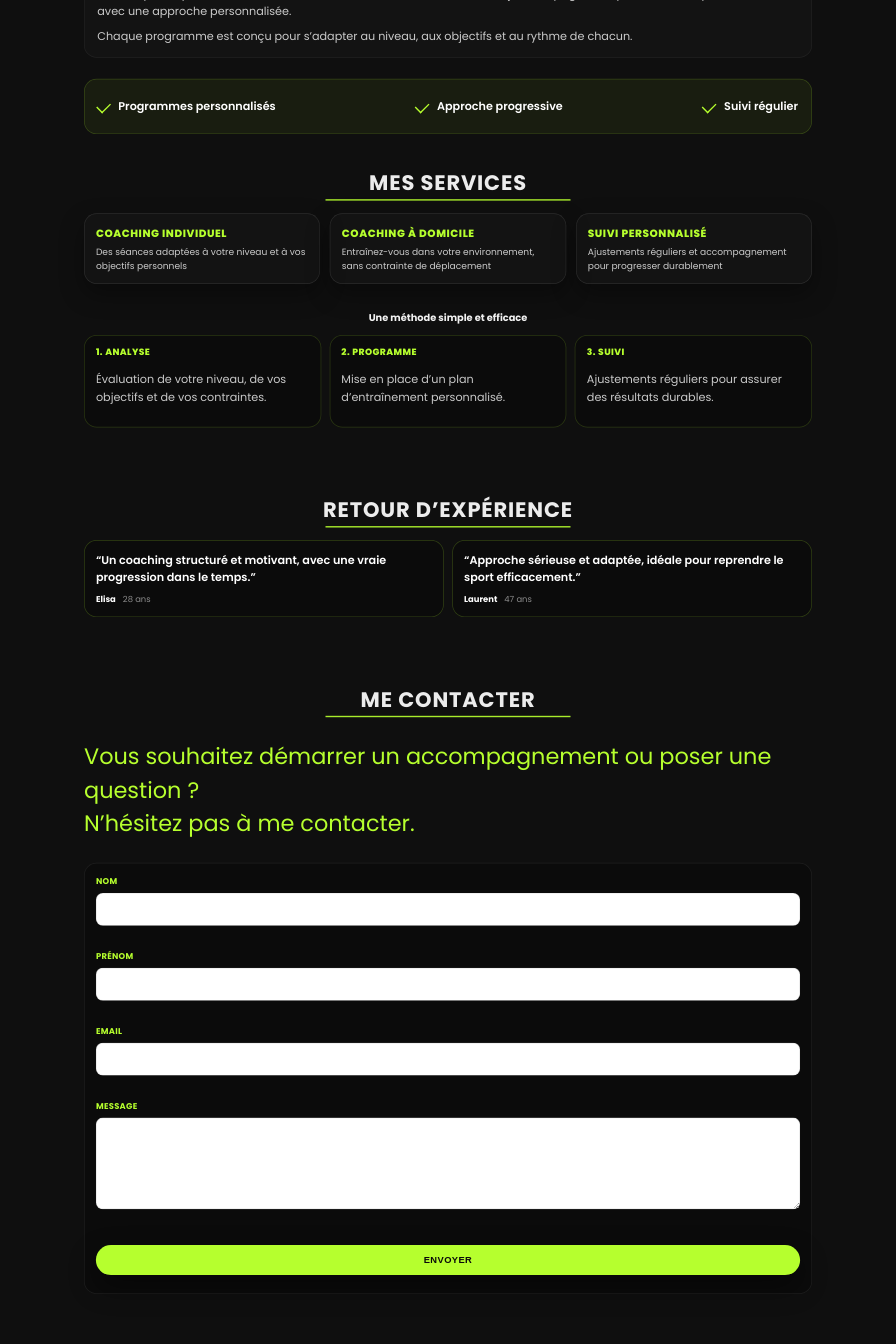
Repository: ThomasHdrd/CoachFitness
Page: index.html
These files come from the project's save history. The page is drawn as it stood at one moment and after the next save; the edit follows.
The browser window is 1280 px wide. The pictures show the part of the page from y = 721 to 2641 px (the page is 3164 px tall before and 3184 px after), at 70% of full size.

Above is the page before, as saved 2026-01-20 22:18:26.

### index.html
<!doctype html>
<html lang="fr">
<head>
  <meta charset="utf-8" />
  <meta name="viewport" content="width=device-width, initial-scale=1" />
  <title>Coach Fitness — Landing Page</title>

  <!-- Poppins -->
  <link rel="preconnect" href="https://fonts.googleapis.com">
  <link rel="preconnect" href="https://fonts.gstatic.com" crossorigin>
  <link href="https://fonts.googleapis.com/css2?family=Poppins:wght@300;400;500;600;700;800&display=swap" rel="stylesheet">

  <link rel="stylesheet" href="styles.css" />
</head>
<body>
  <!-- Header -->
  <header class="site-header" id="top">
    <div class="container header-inner">
      <a class="brand" href="#top" aria-label="Retour en haut">
        <span class="brand-dot" aria-hidden="true"></span>
        <span class="brand-text">Coach Fitness</span>
      </a>

      <button class="nav-toggle" aria-controls="site-nav" aria-expanded="false">
        <span class="sr-only">Ouvrir le menu</span>
        <span class="burger" aria-hidden="true"></span>
      </button>

      <nav class="site-nav" id="site-nav" aria-label="Navigation principale">
        <a class="nav-link" href="#accueil">Accueil</a>
        <a class="nav-link" href="#apropos">A propos</a>
        <a class="nav-link" href="#services">Services</a>
        <a class="nav-link" href="#avis">Avis</a>
        <a class="nav-link nav-cta" href="#contact">Contact</a>
      </nav>
    </div>
  </header>

  <main>
    <!-- HERO -->
    <section class="hero" id="accueil">
      <div class="hero-overlay" aria-hidden="true"></div>
      <div class="container hero-content">
        <p class="hero-kicker">Coaching sportif personnalisé</p>
        <h1 class="hero-title accent">Atteignez vos objectifs. Progressez durablement</h1>
        <p class="hero-subtitle">
          Un accompagnement sportif sur mesure, adapté à votre niveau et à votre rythme
        </p>
        <a class="btn btn-primary" href="#contact">RÉSERVER VITE VOTRE BILAN GRATUIT</a>
      </div>
    </section>

    <!-- A PROPOS -->
    <section class="section" id="apropos">
      <div class="container">
        <h2 class="section-title">A PROPOS DU COACH</h2>
        <h3 class="section-lead accent">Un coaching basé sur l’écoute et la progression</h3>

        <div class="about-grid">
          <div class="about-text">
            <p class="muted">
              Coach sportif spécialisé en remise en forme et renforcement musculaire, j’accompagne des personnes aux profils variés
              avec une approche personnalisée.
            </p>
            <p class="muted">
              Chaque programme est conçu pour s’adapter au niveau, aux objectifs et au rythme de chacun.
            </p>
          </div>
        </div>
        <div class="about-list">
            <ul class="checks">
                <li>Programmes personnalisés</li>
                <li>Approche progressive</li>
                <li>Suivi régulier</li>
            </ul>
        </div>
      </div>
    </section>

    <!-- SERVICES -->
    <section class="section" id="services">
      <div class="container">
        <h2 class="section-title">MES SERVICES</h2>

        <div class="cards">
          <article class="card">
            <h3 class="card-title accent">COACHING INDIVIDUEL</h3>
            <p class="card-text">Des séances adaptées à votre niveau et à vos objectifs personnels</p>
          </article>

          <article class="card">
            <h3 class="card-title accent">COACHING À DOMICILE</h3>
            <p class="card-text">Entraînez-vous dans votre environnement, sans contrainte de déplacement</p>
          </article>

          <article class="card">
            <h3 class="card-title accent">SUIVI PERSONNALISÉ</h3>
            <p class="card-text">Ajustements réguliers et accompagnement pour progresser durablement</p>
          </article>
        </div>

        <div class="method">
          <h3 class="method-title">Une méthode simple et efficace</h3>

          <div class="method-steps">
            <div class="step">
              <div class="step-num accent">1. ANALYSE</div>
              <p class="muted">Évaluation de votre niveau, de vos objectifs et de vos contraintes.</p>
            </div>
            <div class="step">
              <div class="step-num accent">2. PROGRAMME</div>
              <p class="muted">Mise en place d’un plan d’entraînement personnalisé.</p>
            </div>
            <div class="step">
              <div class="step-num accent">3. SUIVI</div>
              <p class="muted">Ajustements réguliers pour assurer des résultats durables.</p>
            </div>
          </div>
        </div>
      </div>
    </section>

    <!-- AVIS -->
    <section class="section" id="avis">
      <div class="container">
        <h2 class="section-title">RETOUR D’EXPÉRIENCE</h2>

        <div class="testimonials">
          <figure class="testimonial">
            <blockquote>
              “Un coaching structuré et motivant, avec une vraie progression dans le temps.”
            </blockquote>
            <figcaption>
              <span class="name">Elisa</span>
              <span class="meta">28 ans</span>
            </figcaption>
          </figure>

          <figure class="testimonial">
            <blockquote>
              “Approche sérieuse et adaptée, idéale pour reprendre le sport efficacement.”
            </blockquote>
            <figcaption>
              <span class="name">Laurent</span>
              <span class="meta">47 ans</span>
            </figcaption>
          </figure>
        </div>
      </div>
    </section>

    <!-- CONTACT -->
    <section class="section" id="contact">
      <div class="container">
        <h2 class="section-title">ME CONTACTER</h2>
        <p class="contact-lead accent">
          Vous souhaitez démarrer un accompagnement ou poser une question ?<br />
          N’hésitez pas à me contacter.
        </p>

        <form class="form" id="contactForm" novalidate>
          <div class="field">
            <label for="nom">Nom</label>
            <input id="nom" name="nom" type="text" autocomplete="family-name" required />
            <small class="error" data-error-for="nom"></small>
          </div>

          <div class="field">
            <label for="prenom">Prénom</label>
            <input id="prenom" name="prenom" type="text" autocomplete="given-name" required />
            <small class="error" data-error-for="prenom"></small>
          </div>

          <div class="field">
            <label for="email">Email</label>
            <input id="email" name="email" type="email" autocomplete="email" required />
            <small class="error" data-error-for="email"></small>
          </div>

          <div class="field">
            <label for="message">Message</label>
            <textarea id="message" name="message" rows="5" required></textarea>
            <small class="error" data-error-for="message"></small>
          </div>

          <button class="btn btn-primary btn-wide" type="submit">ENVOYER</button>
          <p class="form-note muted" id="formStatus" role="status" aria-live="polite"></p>
        </form>
      </div>
    </section>

    <!-- FAQ -->
    <section class="section" id="faq">
      <div class="container">
        <h2 class="section-title">QUESTIONS FRÉQUENTES</h2>

        <div class="faq">
          <details class="faq-item" open>
            <summary>À qui s’adresse le coaching ?</summary>
            <div class="faq-body muted">
              Le coaching s’adresse à toute personne souhaitant reprendre le sport, améliorer sa condition physique ou atteindre un objectif précis
              (remise en forme, renforcement musculaire, perte de poids, bien-être). Les programmes sont adaptés au niveau, au rythme et aux contraintes de chacun.
            </div>
          </details>

          <details class="faq-item">
            <summary>Faut-il déjà être sportif pour commencer ?</summary>
            <div class="faq-body muted">
              Non. Le coaching s’adapte à votre niveau actuel. La progression est construite étape par étape, avec une intensité ajustée.
            </div>
          </details>

          <details class="faq-item">
            <summary>Comment se déroule le suivi ?</summary>
            <div class="faq-body muted">
              Après une analyse de votre situation, un programme personnalisé est mis en place puis ajusté régulièrement selon vos retours et votre progression.
            </div>
          </details>

          <details class="faq-item">
            <summary>Le coaching se fait-il à domicile ou en salle ?</summary>
            <div class="faq-body muted">
              Les deux sont possibles. Le format dépend de vos préférences, de votre matériel et de vos contraintes de planning.
            </div>
          </details>

          <details class="faq-item">
            <summary>Le premier échange est-il gratuit ?</summary>
            <div class="faq-body muted">
              Oui. Le premier échange permet de comprendre votre besoin et de déterminer l’accompagnement le plus adapté, sans engagement.
            </div>
          </details>
        </div>
      </div>
    </section>
  </main>

  <!-- Footer -->
  <footer class="site-footer">
    <div class="container footer-inner">
      <p class="footer-tag muted">Coaching personnalisé • Progression durable • Bien-être</p>
      <p class="footer-copy muted">© 2026 Coach Sportif Indépendant • Tous droits réservés.</p>
    </div>
  </footer>

  <script src="app.js" defer></script>
</body>
</html>

### styles.css
:root{
  --bg: #0F0F0F;            /* demandé */
  --bar: rgba(0,0,0,.90);   /* header/footer */
  --accent: #B6FF2E;        /* demandé */
  --text: #FFFFFF;
  --muted: rgba(255,255,255,.78);
  --muted2: rgba(255,255,255,.62);
  --line: rgba(182,255,46,.38);
  --card: rgba(255,255,255,.04);
  --shadow: 0 16px 40px rgba(0,0,0,.45);
  --radius: 14px;
  --radius-lg: 18px;
  --max: 1040px;
}

*{ box-sizing: border-box; }
html{ scroll-behavior: smooth; }
body{
  margin:0;
  font-family: "Poppins", system-ui, -apple-system, Segoe UI, Roboto, Arial, sans-serif;
  background: var(--bg);
  color: var(--text);
}

.container{
  width:min(100% - 40px, var(--max));
  margin-inline:auto;
}

.sr-only{
  position:absolute;
  width:1px;height:1px;
  padding:0;margin:-1px;
  overflow:hidden;clip:rect(0,0,0,0);
  white-space:nowrap;border:0;
}

/* Header */
.site-header{
  position: sticky;
  top: 0;
  z-index: 50;
  background: var(--bar);
  backdrop-filter: blur(8px);
  border-bottom: 1px solid rgba(255,255,255,.06);
}

.header-inner{
  height: 64px;
  display:flex;
  align-items:center;
  justify-content:space-between;
  gap: 14px;
}

.brand{
  display:flex;
  align-items:center;
  gap:10px;
  text-decoration:none;
  color: var(--text);
  font-weight: 700;
  letter-spacing:.3px;
}
.brand-dot{
  width:10px;height:10px;
  border-radius:999px;
  background: var(--accent);
  box-shadow: 0 0 0 6px rgba(182,255,46,.12);
}
.brand-text{ font-size: 14px; opacity:.95; }

.site-nav{
  display:flex;
  align-items:center;
  gap: 18px;
}
.nav-link{
  color: var(--text);
  text-decoration:none;
  font-size: 13px;
  opacity: .88;
  transition: opacity .2s ease, color .2s ease;
  padding: 10px 6px;
}
.nav-link:hover{ opacity:1; color: var(--accent); }

.nav-cta{
  border: 1px solid rgba(182,255,46,.45);
  border-radius: 999px;
  padding: 10px 14px;
}
.nav-cta:hover{
  background: rgba(182,255,46,.10);
}

/* Mobile nav */
.nav-toggle{
  display:none;
  border:0;
  background: transparent;
  color: var(--text);
  padding: 10px;
  border-radius: 10px;
}
.nav-toggle:hover{ background: rgba(255,255,255,.06); }
.burger{
  width: 22px; height: 2px;
  display:block;
  background: var(--text);
  position: relative;
}
.burger::before,.burger::after{
  content:"";
  position:absolute;
  left:0;
  width:22px;height:2px;
  background: var(--text);
}
.burger::before{ top:-7px; }
.burger::after{ top:7px; }

/* Hero */
.hero{
  position: relative;
  min-height: 50vh;
  display:flex;
  align-items:center;
  padding: 52px 0;
  background:
    linear-gradient(180deg, rgba(0,0,0,.55), rgba(0,0,0,.88)),
    url("assets/hero.jpg") center/cover no-repeat;
  background-position: center 30%;
}
.hero-overlay{
  position:absolute;
  inset:0;
  background: radial-gradient(1200px 600px at 50% 25%, rgba(182,255,46,.10), transparent 60%);
  pointer-events:none;
}
.hero-content{
  position:relative;
  text-align:center;
}
.hero-kicker{
  margin:0 0 10px;
  font-size: 56px;
  max-width: fit-content;
  letter-spacing: .6px;
  text-transform: uppercase;
  font-weight: bold;
}
.hero-title{
  margin: 0 auto;
  font-size: 40px;
  max-width: fit-content;
  margin:0 0 10px;
}
.hero-title .accent{
  display:block;
  color: var(--accent);
  font-weight: 800;
  text-transform:none;
  margin-top: 8px;
  max-width: fit-content;
}
.hero-subtitle{
  margin: 16px auto 22px;
  padding-top: 30px;
  color: var(--muted);
  font-size: 25px;
  line-height: 1.55;
  padding-bottom: 30px;
}

/* Buttons */
.btn{
  display:inline-flex;
  align-items:center;
  justify-content:center;
  gap:10px;
  text-decoration:none;
  border: 0;
  cursor:pointer;
  font-weight: 700;
  letter-spacing: .6px;
  text-transform: uppercase;
  border-radius: 999px;
  padding: 14px 18px;
  box-shadow: var(--shadow);
}
.btn-primary{
  background: var(--accent);
  color: #0A0A0A;
  width: 100%;
}
.btn-primary:hover{
  background: transparent;
  border: 1px solid var(--accent);
  color: var(--accent);
  filter: brightness(.95);
}
.btn-wide{ width: 100%; margin-top: 10px; }

/* Sections */
.section{
  padding: 48px 0;
}
#apropos
{
  padding-bottom: 0;
}

.section-title{
  text-align:center;
  margin: 0 0 14px;
  font-size: 30px;
  letter-spacing: 1.2px;
  text-transform: uppercase;
  opacity: .92;
}
.section-title::after {
    content: "";
    display: block;
    width: 350px;
    height: 2px;
    background-color: var(--accent);
    margin: 0 auto 0;
}
.section-lead{
  text-align:center;
  margin: 0 0 22px;
  font-size: 25px;
  font-weight: 700;
}
.accent{ color: var(--accent); font-size: 32px;}
.muted{ color: var(--muted); }
.muted2{ color: var(--muted2); }

/* About */
.about-grid{
  gap: 18px;
  align-items:start;
}
.about-text{
  background: rgba(255,255,255,.02);
  border: 1px solid rgba(255,255,255,.06);
  border-radius: var(--radius-lg);
  padding: 18px;
  margin-bottom: 30px;
}
.about-text p{ margin: 0 0 10px; }
.about-text p:last-child{ margin-bottom: 0; }

.checks{
  list-style: none;
  margin: 0;
  padding: 16px 18px;
  border-radius: var(--radius-lg);
  border: 1px solid rgba(182,255,46,.20);
  background: rgba(182,255,46,.06);
  display: flex;
  flex-wrap: wrap;
  gap: 20%;
}
.checks li{
  position: relative;
  padding-left: 30px;
  margin: 10px 0;
  font-weight: 600;
}
.checks li::before{
  content:"";
  position:absolute;
  left:0; top: 6px;
  width: 16px; height: 10px;
  border-left: 2px solid var(--accent);
  border-bottom: 2px solid var(--accent);
  transform: rotate(-45deg);
}

/* Cards */
.cards{
  display:grid;
  gap: 14px;
  margin-top: 18px;
}
.card{
  background: rgba(255,255,255,.02);
  border: 1px solid rgba(255,255,255,.10);
  border-radius: var(--radius-lg);
  padding: 16px 16px 14px;
  box-shadow: 0 14px 34px rgba(0,0,0,.35);
}
.card-title{
  margin:0 0 6px;
  font-size: 15px;
  font-weight: 800;
  text-transform: uppercase;
  letter-spacing: .8px;
}
.card-text{
  margin:0;
  color: var(--muted);
  font-size: 13px;
  line-height: 1.55;
}

/* Method */
.method{
  margin-top: 26px;
  padding-top: 12px;
}
.method-title{
  text-align:center;
  margin: 0 0 14px;
  font-size: 14px;
  font-weight: 700;
  opacity: .95;
}
.method-steps{
  display:grid;
  gap: 12px;
}
.step{
  border: 1px solid rgba(182,255,46,.18);
  background: rgba(0,0,0,.25);
  border-radius: var(--radius-lg);
  padding: 14px 16px;
}
.step-num{
  font-weight: 800;
  letter-spacing: .6px;
  text-transform: uppercase;
  font-size: 13px;
  margin-bottom: 6px;
}

/* Testimonials */
.testimonials{
  display:grid;
  gap: 12px;
  margin-top: 18px;
}
.testimonial{
  margin:0;
  border: 1px solid rgba(182,255,46,.22);
  background: rgba(0,0,0,.25);
  border-radius: var(--radius-lg);
  padding: 16px;
}
.testimonial blockquote{
  margin:0 0 10px;
  color: var(--text);
  font-weight: 600;
  line-height: 1.5;
}
.testimonial figcaption{
  display:flex;
  gap: 10px;
  align-items:baseline;
  color: var(--muted2);
  font-size: 12px;
}
.testimonial .name{ color: var(--text); font-weight: 700; }
.testimonial .meta{ opacity:.85; }

/* Form */
.form{
  margin-top: 18px;
  border-radius: var(--radius-lg);
  border: 1px solid rgba(255,255,255,.08);
  background: rgba(0,0,0,.25);
  padding: 16px;
}
.field{ margin-bottom: 12px; }
label{
  display:block;
  font-size: 12px;
  font-weight: 700;
  letter-spacing: .4px;
  margin-bottom: 8px;
  color: var(--accent);
  text-transform: uppercase;
}
input, textarea{
  width:100%;
  font-family: inherit;
  font-size: 14px;
  color: #0A0A0A;
  background: #FFFFFF;
  border: 1px solid rgba(0,0,0,.12);
  border-radius: 10px;
  padding: 12px 12px;
  outline: none;
}
textarea{ resize: vertical; min-height: 110px; }
input:focus, textarea:focus{
  box-shadow: 0 0 0 4px rgba(182,255,46,.20);
  border-color: rgba(182,255,46,.55);
}
.error{
  display:block;
  min-height: 16px;
  margin-top: 6px;
  font-size: 12px;
  color: #FF6B6B;
}
.form-note{
  margin: 10px 0 0;
  font-size: 12px;
}

/* FAQ */
.faq{
  margin-top: 18px;
  border-radius: var(--radius-lg);
  overflow:hidden;
  border: 1px solid rgba(182,255,46,.16);
  background: rgba(0,0,0,.25);
}
.faq-item{
  border-top: 1px solid rgba(182,255,46,.12);
}
.faq-item:first-child{ border-top: 0; }
.faq-item summary{
  list-style:none;
  cursor:pointer;
  padding: 14px 16px;
  font-weight: 700;
  font-size: 13px;
  position: relative;
}
.faq-item summary::-webkit-details-marker{ display:none; }
.faq-item summary::after{
  content:"+";
  position:absolute;
  right: 16px;
  top: 10px;
  width: 28px; height: 28px;
  display:grid;
  place-items:center;
  border-radius: 999px;
  color: var(--accent);
  border: 1px solid rgba(182,255,46,.28);
  background: rgba(182,255,46,.08);
}
.faq-item[open] summary::after{ content:"–"; }
.faq-body{
  padding: 0 16px 16px;
  font-size: 13px;
  line-height: 1.6;
}

/* Footer */
.site-footer{
  background: var(--bar);
  border-top: 1px solid rgba(255,255,255,.06);
  padding: 18px 0;
}
.footer-inner{
  text-align:center;
  display:grid;
  gap: 8px;
}
.footer-tag, .footer-copy{
  margin:0;
  font-size: 12px;
}

/* Responsive */
@media (min-width: 820px){
  .hero-content{ text-align:center; }
  .about-grid{
    grid-template-columns: 1.2fr .8fr;
    gap: 18px;
  }
  .cards{
    grid-template-columns: repeat(3, 1fr);
  }
  .method-steps{
    grid-template-columns: repeat(3, 1fr);
  }
  .testimonials{
    grid-template-columns: repeat(2, 1fr);
  }
}

/* Mobile nav behavior */
@media (max-width: 760px){
  .nav-toggle{ display:inline-flex; }
  .site-nav{
    position: fixed;
    inset: 64px 12px auto 12px;
    background: rgba(0,0,0,.95);
    border: 1px solid rgba(255,255,255,.08);
    border-radius: 16px;
    padding: 12px;
    display:none;
    flex-direction: column;
    gap: 6px;
    box-shadow: 0 18px 50px rgba(0,0,0,.6);
  }
  .site-nav.is-open{ display:flex; }
  .nav-link{ width:100%; text-align:center; padding: 12px; }
  .nav-cta{ width:100%; }
}

### app.js
// Mobile menu toggle
const toggle = document.querySelector('.nav-toggle');
const nav = document.querySelector('#site-nav');

if (toggle && nav) {
  toggle.addEventListener('click', () => {
    const isOpen = nav.classList.toggle('is-open');
    toggle.setAttribute('aria-expanded', String(isOpen));
  });

  // Close menu on link click (mobile)
  nav.querySelectorAll('a').forEach(a => {
    a.addEventListener('click', () => {
      nav.classList.remove('is-open');
      toggle.setAttribute('aria-expanded', 'false');
    });
  });

  // Close on ESC
  document.addEventListener('keydown', (e) => {
    if (e.key === 'Escape') {
      nav.classList.remove('is-open');
      toggle.setAttribute('aria-expanded', 'false');
    }
  });
}

// FAQ: allow only one open at a time (optional premium behavior)
const faqItems = document.querySelectorAll('.faq-item');
faqItems.forEach((item) => {
  item.addEventListener('toggle', () => {
    if (item.open) {
      faqItems.forEach((other) => {
        if (other !== item) other.open = false;
      });
    }
  });
});

// Contact form validation (front only, demo)
const form = document.getElementById('contactForm');
const statusEl = document.getElementById('formStatus');

function setError(name, message) {
  const el = document.querySelector(`[data-error-for="${name}"]`);
  if (el) el.textContent = message || '';
}

function isEmail(v) {
  return /^[^\s@]+@[^\s@]+\.[^\s@]+$/.test(v);
}

if (form) {
  form.addEventListener('submit', (e) => {
    e.preventDefault();

    const data = new FormData(form);
    const nom = String(data.get('nom') || '').trim();
    const prenom = String(data.get('prenom') || '').trim();
    const email = String(data.get('email') || '').trim();
    const message = String(data.get('message') || '').trim();

    let ok = true;

    setError('nom', '');
    setError('prenom', '');
    setError('email', '');
    setError('message', '');
    if (statusEl) statusEl.textContent = '';

    if (!nom) { setError('nom', 'Veuillez renseigner votre nom.'); ok = false; }
    if (!prenom) { setError('prenom', 'Veuillez renseigner votre prénom.'); ok = false; }
    if (!email || !isEmail(email)) { setError('email', 'Veuillez renseigner un email valide.'); ok = false; }
    if (!message || message.length < 10) { setError('message', 'Veuillez écrire un message (min. 10 caractères).'); ok = false; }

    if (!ok) return;

    // Demo success
    form.reset();
    if (statusEl) statusEl.textContent = "Message envoyé (démo). Je reviens vers vous au plus vite.";
  });
}

After the next save:
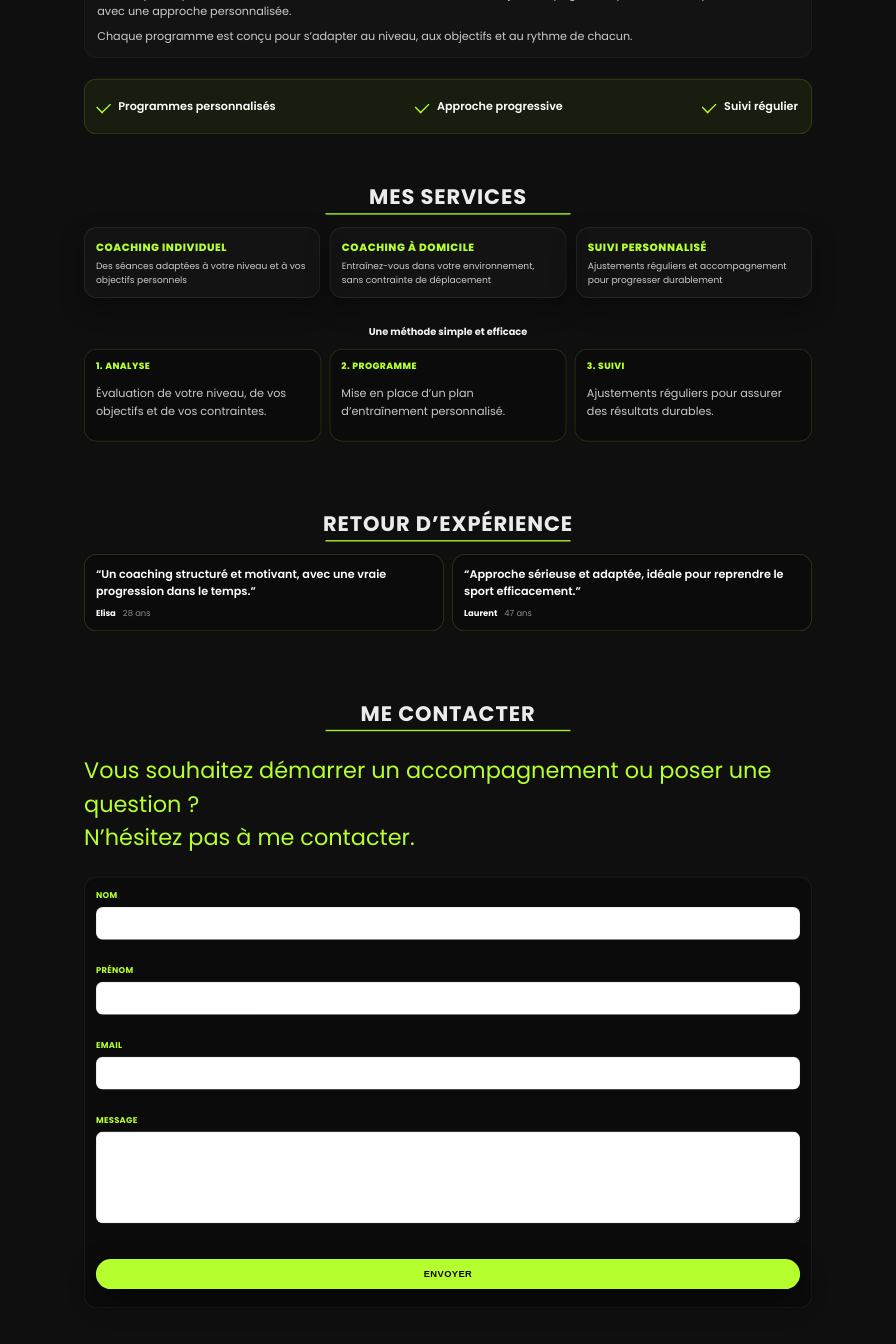
Saved 13 s later.
--- a/styles.css
+++ b/styles.css
@@ -208,7 +208,7 @@ body{
 }
 #apropos
 {
-  padding-bottom: 0;
+  padding-bottom: 20px;
 }
 
 .section-title{
